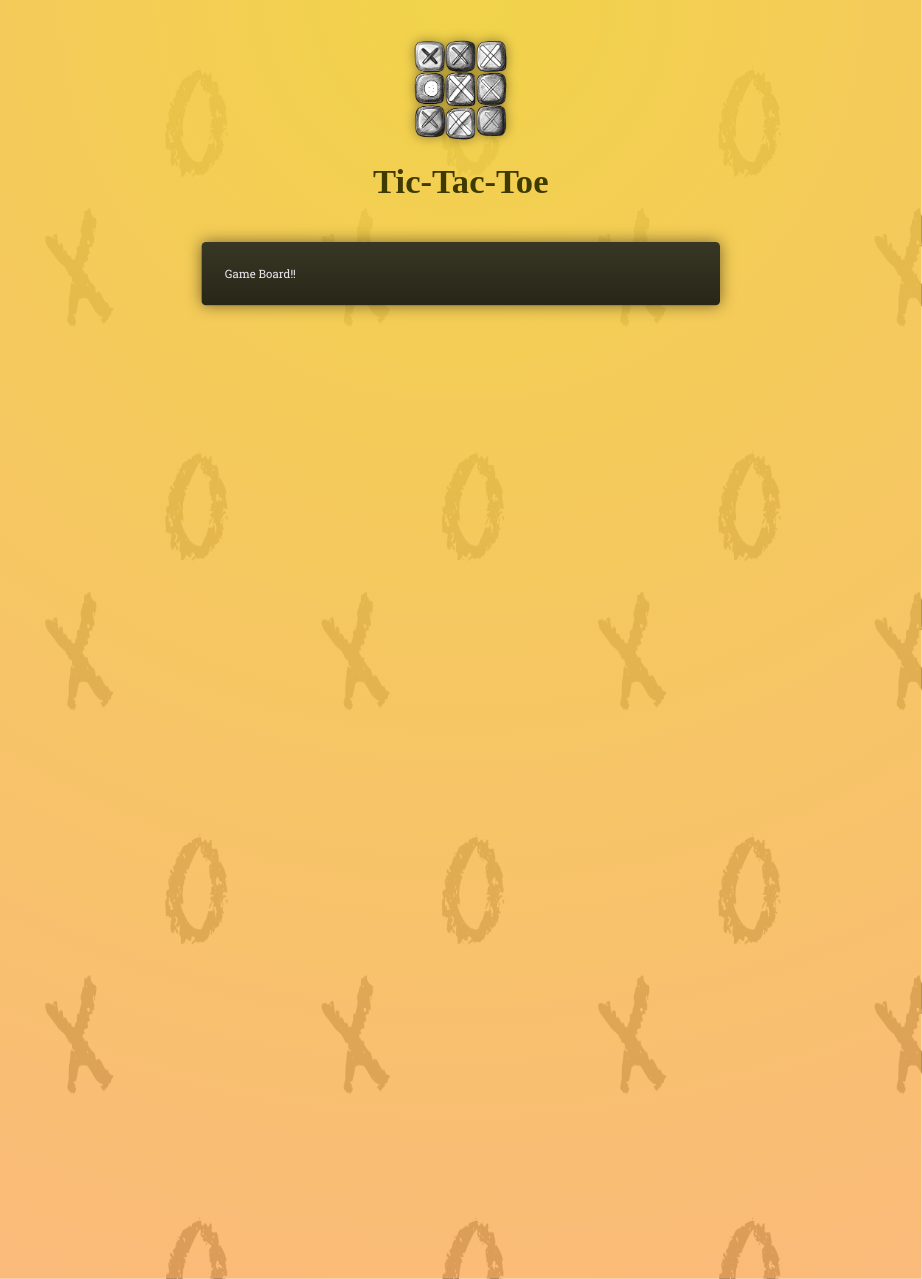
Repository: PrateekSahu9808/Tic_tac__toe_game
Page: /
An editor plug-in stored every save of this project. The page is shown before and after a run of saves, followed by the edit.
The browser window is 1280 px wide. The pictures show the whole page, at 72% of full size.
Some web fonts or font styles are not loaded; a fallback is used. The project was rebuilt for these pictures with package versions that can differ from the ones it lists, and the page was loaded fresh each time. Also part of the build but not shown: vite.config.js.

Above is the page before, as saved 2024-04-15 23:53:44.

After the next 2 saves:
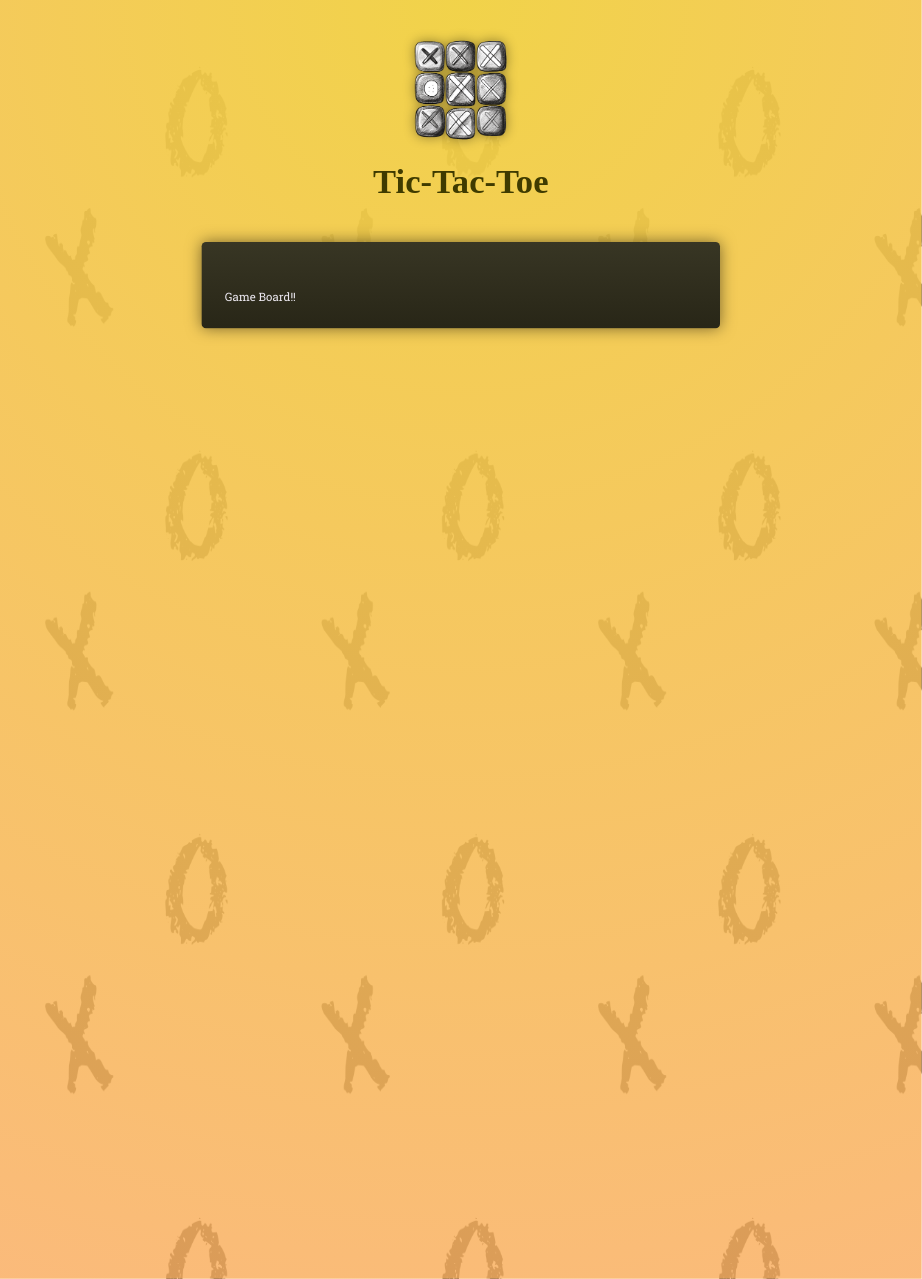
The 2 saves are shown as one change because they came seconds apart.
The last was saved 6 s later.
--- a/src/App.jsx
+++ b/src/App.jsx
@@ -3,7 +3,7 @@ function App() {
 
     <main>
       <div id="game-container">
-        <ol id="pl">
+        <ol id="players">
 
         </ol>
         Game Board!!
